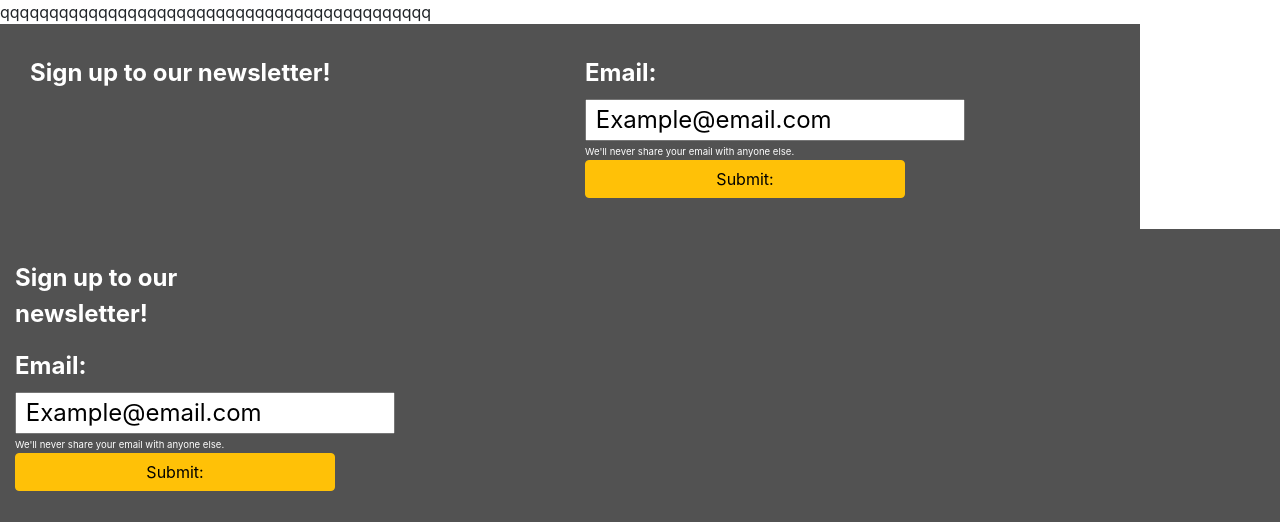
Repository: Felix-Redwood/Interactive-Frontend-Development-Milestone-Project
Page: index.html
The author's editor kept a record of every edit. The page is drawn from the files as they stood at one moment, then again after the next edit.
The browser window is 1280 px wide. The pictures show the part of the page from y = 720 to 1242 px (the page is 1242 px tall before and 1218 px after).
Backgrounds fixed to the window are drawn as part of the page.

Above is the page before.

### index.html
<!DOCTYPE html>
<html lang="en">

<head>
    <meta charset="UTF-8">
    <meta name="viewport" content="width=device-width, initial-scale=1.0">
    <meta name="description" content="YouGym! | The gym for you!">
    <meta name="keywords" content="fitness, exercise, gyms, gym, workout, work out">
    <meta name="author" content="Felix Redwood">
    <meta http-equiv="X-UA-Compatible" content="ie=edge">
    <link rel="icon" type="image/png" href="assets/images/YouGym-logo.png">
    <title>YouGym official site</title>
    <link rel="stylesheet" href="assets/css/main.css" type="text/css" />
    <link href="https://stackpath.bootstrapcdn.com/bootstrap/4.4.1/css/bootstrap.min.css" rel="stylesheet" integrity="sha384-Vkoo8x4CGsO3+Hhxv8T/Q5PaXtkKtu6ug5TOeNV6gBiFeWPGFN9MuhOf23Q9Ifjh" crossorigin="anonymous">
    <link href="https://fonts.googleapis.com/css?family=Roboto&display=swap" rel="stylesheet">

</head>

<body>
    <!--main page description-->
    <div class="container-fluid mainpageimage-container">
        <!--container-fluid makes the div occupy the whole page-->
        <div class="row">
            <div class="col-12">
                <section class="mainpage text-center">
                    <h1 class="mainpage-h1">YouGym</h1>
                    <h2 class="mainpage-h2">The Gym for
                        <bold>YOU</bold>
                    </h2>
                </section>
            </div>
        </div>
    </div>
    <!--/main page description-->

    qqqqqqqqqqqqqqqqqqqqqqqqqqqqqqqqqqqqqqqqqqqq
    <div class="container-wrapper">
        <div class="container links-container content-container email-harvester">
            <section>
                <div class="row">
                    <div class="col-12 col-md-6 email-box">
                        <div class="media">
                            <div class="media-body">
                                <p>Sign up to our newsletter!</p>
                            </div>
                        </div>
                    </div>
                    <div class="col-12 col-md-6 email-box">
                        <div class="media">
                            <div class="media-body">
                                <form action="" method="post">
                                        <!-- this form will gather the emails -->
                                        <label for="user-email" class="">Email:</label> <br>
                                        <input type="text" name="user-email" id="uemail" value=" Example@email.com " class="email-input" />
                                        <small id="emailHelp" class="form-text">We'll never share your email with anyone else.</small>
                                        <button type="button" class="btn btn-warning">Submit:</button>
                                        <!--TO DO - MAKE EMAIL FORM AND SUBMIT BUTTON GO SIDE BY SIDE-->
                                    </form>
                            </div>
                        </div>
                    </div>
                </div>
            </section>
            <!--/main page links-->
        </div>
    </div>

    <!--main page email submit-->
    <div class="container-wrapper email-harvester">
        <div>
            <section>
                <div class="row">
                    <div class="email-box">
                        <div class="col-12 col-md-8">
                            <div class="media">
                                <div class="media-body">
                                    <p>Sign up to our newsletter!</p>
                                </div>
                            </div>
                        </div>
                        <div class="col-12 col-md-8">
                            <div class="media">
                                <div class="media-body">
                                    <form action="" method="post">
                                        <!-- this form will gather the emails -->
                                        <label for="user-email" class="">Email:</label> <br>
                                        <input type="text" name="user-email" id="uemail" value=" Example@email.com " class="email-input" />
                                        <small id="emailHelp" class="form-text">We'll never share your email with anyone else.</small>
                                        <button type="button" class="btn btn-warning">Submit:</button>
                                        <!--TO DO - MAKE EMAIL FORM AND SUBMIT BUTTON GO SIDE BY SIDE-->
                                    </form>
                                </div>
                            </div>
                        </div>
                    </div>
                </div>
            </section>
            <!--/main page email submit-->
        </div>
    </div>


</body>

</html>

### assets/css/main.css
body {
    font-family: 'Roboto', sans-serif;
}

bold {
    font-weight: bold;
}
/* This gives us an easy way to make text bold within the html document */

.container-fluid
.col-12 {
    margin: 0;
    padding: 0;
}
/* ensures that the container-fluid and col-12 classes do not have any initial padding*/


.mainpageimage-container {
    height: 100vh;
    width: 100%;

    background: url(../images/mainpageimage.jpg) no-repeat top right fixed;
    -webkit-background-size: cover;
    -moz-background-size: cover;
    -o-background-size: cover;
    background-size: cover;

    display: flex;
    align-items: center;
    justify-content: center;

    position: relative;
}

/*Mainpage*/

.mainpage {
    background-color: transparent !important;
    padding-left: 0;
    padding-right: 0;
}

.mainpage-h1 {
    color: white;
    font-weight: bold;
    font-size: 3.4em;
    margin-bottom: 0.8em !important;
    padding-left: 0;
    padding-right: 0;
}

.mainpage-h2 {
    color: white;
    font-size: 1em;
    font-weight: 500;
}

@media (max-width: 906px) {
    .mainpage-h1 {
        padding-left: 0;
        padding-right: 0;
    }
}

@media (max-width: 568px) {
    .mainpage-h1 {
        padding-left: 0;
        padding-right: 0;
    }
}

.container-wrapper {
    padding: 0;
    margin: 0;
}

/* Email Harvester */

.email-harvester {
    background-color: #525252;
    color: #fafafa;
    margin: 0;
    padding: 0;
}

.email-box {
    font-size: 1.5em;
    font-weight: 700;
    text-decoration: none;
    color: #fff;
    margin-top: 1.3em;
    margin-bottom: 1.3em;
}

.email-input {

}

.btn-warning {
    color: #000 !important;
    width: 20em;
}

small {
    font-size: 0.4em !important;
}

.email-div {
    padding-right: 0;
    padding-left: 0;
}

.row {
    margin-left: 0 !important;
    margin-right: 0 !important;
}

.container {
    margin-right: 0 !important;
    margin-left: 0 !important;
}

After the next edit:
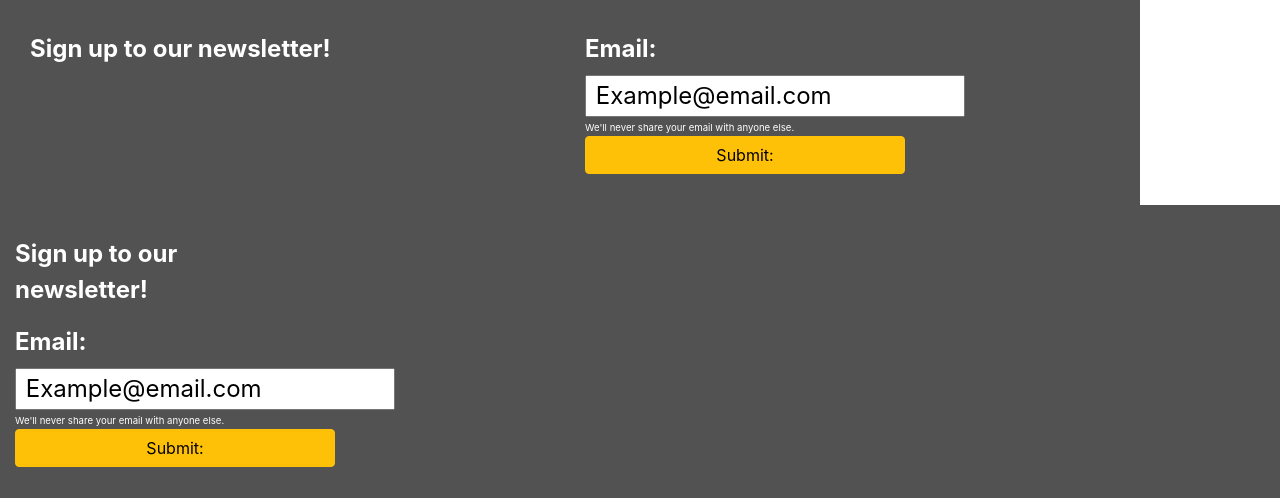
The edit:
--- a/index.html
+++ b/index.html
@@ -33,9 +33,8 @@
     </div>
     <!--/main page description-->
 
-    qqqqqqqqqqqqqqqqqqqqqqqqqqqqqqqqqqqqqqqqqqqq
     <div class="container-wrapper">
-        <div class="container links-container content-container email-harvester">
+        <div class="container content-container email-harvester">
             <section>
                 <div class="row">
                     <div class="col-12 col-md-6 email-box">
